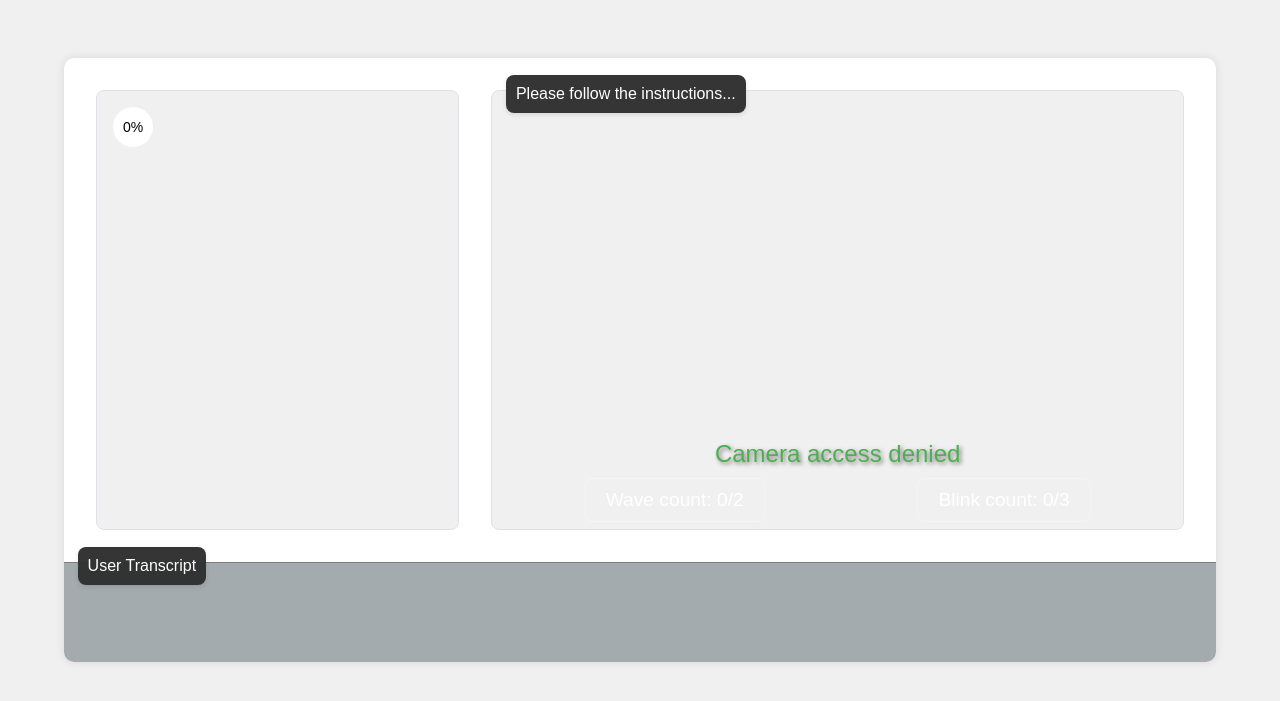
Repository: Ayaanns/E-kyc-BE-project
Page: http://localhost/
The author's editor kept a copy of each file at every save. The page is drawn from the files as they stood at one save, then again after a run of saves.
The browser window is 1280 px wide. The pictures show the whole page.
The page is served by the project's application, run on Django 4.2 (manage.py). A made-up administrator, testuser (Test User, test@example.com), is signed in.

Above is the page before, as saved 2025-03-02 02:15:57.

After the next 2 saves:
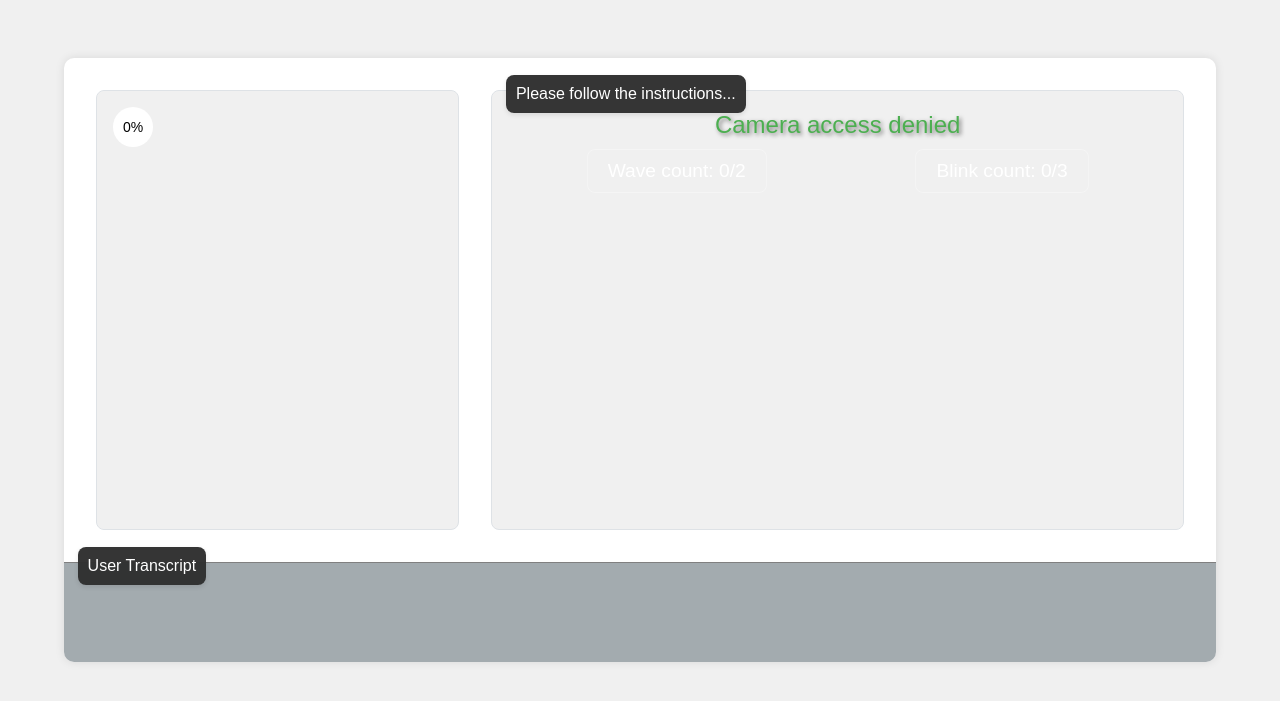
The 2 saves are shown as one change because they came seconds apart.
The last was saved 12 s later.
--- a/templates/home.html
+++ b/templates/home.html
@@ -20,16 +20,16 @@
         }
 
         /* Overlay container for status indicators */
-        /* .status-overlay {
+        .status-overlay {
             position: absolute;
             top: 0;
             left: 0;
             right: 0;
             z-index: 10;
             padding: 20px;
-            background: linear-gradient(to bottom, rgba(0,0,0,0.7) 0%, transparent 100%);
+            /* background: linear-gradient(to bottom, rgba(0,0,0,0.7) 0%, transparent 100%); */
             border-radius: 15px 15px 0 0;
-        } */
+        }
 
         .status-indicators {
             display: flex;
